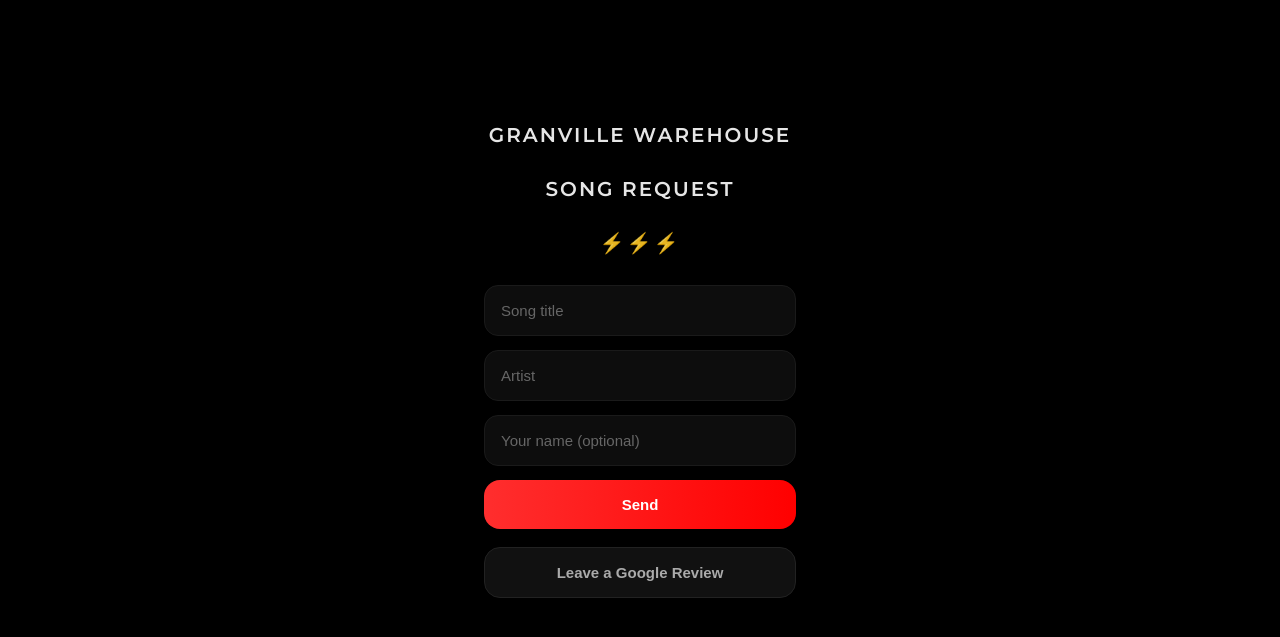
Repository: AryanHeravi/DJ-Request
Page: song_request.html
These files come from the project's save history. The page is drawn as it stood at one moment and after the next save; the edit follows.
The browser window is 1280 px wide. The pictures show the whole page.

Above is the page before, as saved 2026-01-24 15:22:18.
Console error: ReferenceError: emailjs is not defined

After the next save:
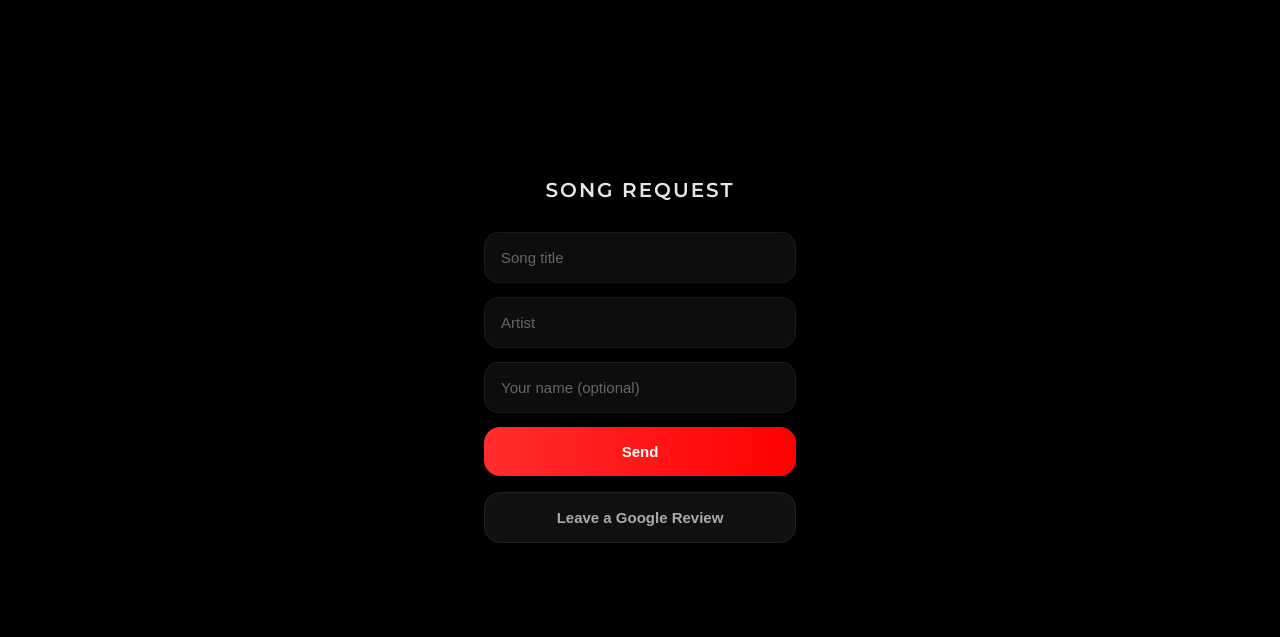
Saved 2 min 26 s later.
--- a/song_request.html
+++ b/song_request.html
@@ -68,7 +68,7 @@ button{
 }
 
 .review-btn{
-  margin-top:18px;
+  margin-top:16px;
   background:#111;
   border:1px solid #222;
   color:#aaa;
@@ -82,16 +82,22 @@ button:active{transform:scale(.98)}
   font-size:15px;
   line-height:1.6;
   opacity:.9;
-  margin-bottom:20px;
+  margin-bottom:14px;
+}
+
+.tip-note{
+  display:none;
+  font-size:13px;
+  color:#777;
+  margin-bottom:14px;
 }
 </style>
 </head>
 
 <body>
 <div class="wrapper">
-  <h1>GRANVILLE WAREHOUSE</h1>
+
   <h1>SONG REQUEST</h1>
-  <h1>⚡⚡⚡</h1>
 
   <form id="songForm">
     <input name="song" placeholder="Song title" required>
@@ -106,6 +112,10 @@ button:active{transform:scale(.98)}
     If approved, it will be played shortly.
   </div>
 
+  <div class="tip-note" id="tipNote">
+    Tip jar’s by the DJ booth 🖤
+  </div>
+
   <a href="https://reviewthis.biz/gr989" target="_blank">
     <button class="review-btn">Leave a Google Review</button>
   </a>
@@ -113,10 +123,11 @@ button:active{transform:scale(.98)}
 </div>
 
 <script>
-emailjs.init('6o_OSihC1KZB6rAKo');
+emailjs.init('iueAUOM_QorKi02S6');
 
 const form = document.getElementById('songForm');
 const thankYou = document.getElementById('thankYou');
+const tipNote = document.getElementById('tipNote');
 const timeField = document.getElementById('timeField');
 
 form.addEventListener('submit', e => {
@@ -128,12 +139,13 @@ form.addEventListener('submit', e => {
   });
 
   emailjs.sendForm(
-    'service_rl9aj5f',
-    'template_nrix76r',
+    'service_3dp90wc',
+    'template_dyxg225',
     form
   ).then(() => {
     form.style.display = 'none';
     thankYou.style.display = 'block';
+    tipNote.style.display = 'block';
   });
 });
 </script>
